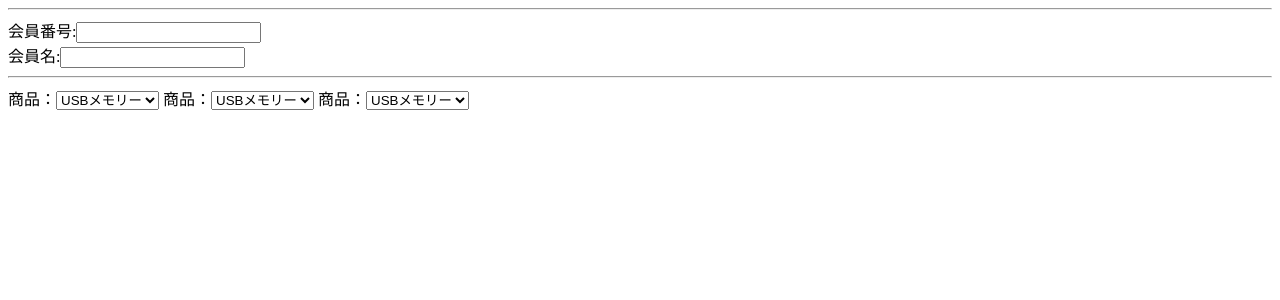
Repository: aiueo20/18ca0155
Page: SSP/kadai0204/WebContent/index.html
The author's editor kept a copy of each file at every save. The page is drawn from the files as they stood at one save, then again after the next save.
The browser window is 1280 px wide. The pictures show the whole page.

Above is the page before, as saved 2018-11-26 07:36:55.

### SSP/kadai0204/WebContent/index.html
<!DOCTYPE html>
<html>
<head>
<meta charset="UTF-8">
<title>kadai0204</title>
</head>
<body>
<form action="/kadai0204/BuyServlet" method="get">
<hr>
会員番号:<input type="text" name="kaiinnbangou"><br>
会員名:<input type="text" name="kaiinnmei"><br>
<hr>
商品：<select name="product1">
		<option>USBメモリー</option>
		<option>マウス</option>
	　</select>
商品：<select name="product1">
		<option>USBメモリー</option>
		<option>マウス</option>
	　</select>
商品：<select name="product1">
		<option>USBメモリー</option>
		<option>マウス</option>
	　</select>
</form>

</body>
</html>

After the next save:
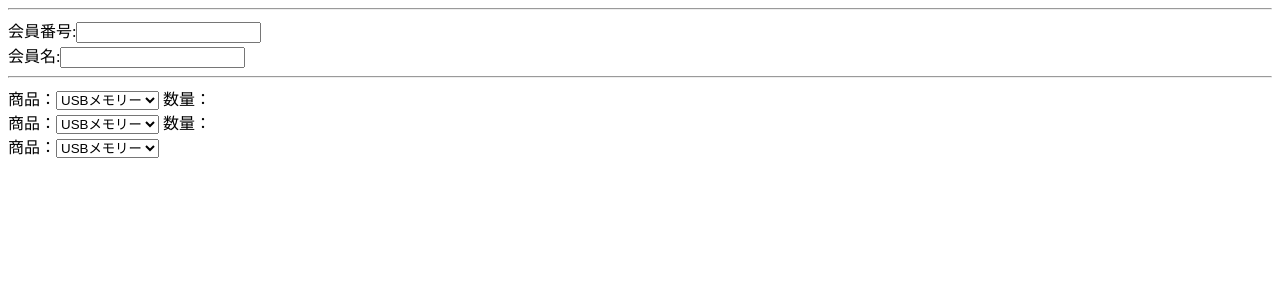
Saved 27 s later.
--- a/SSP/kadai0204/WebContent/index.html
+++ b/SSP/kadai0204/WebContent/index.html
@@ -14,10 +14,14 @@
 		<option>USBメモリー</option>
 		<option>マウス</option>
 	　</select>
+数量：
+<br>
 商品：<select name="product1">
 		<option>USBメモリー</option>
 		<option>マウス</option>
 	　</select>
+数量：
+<br>
 商品：<select name="product1">
 		<option>USBメモリー</option>
 		<option>マウス</option>
